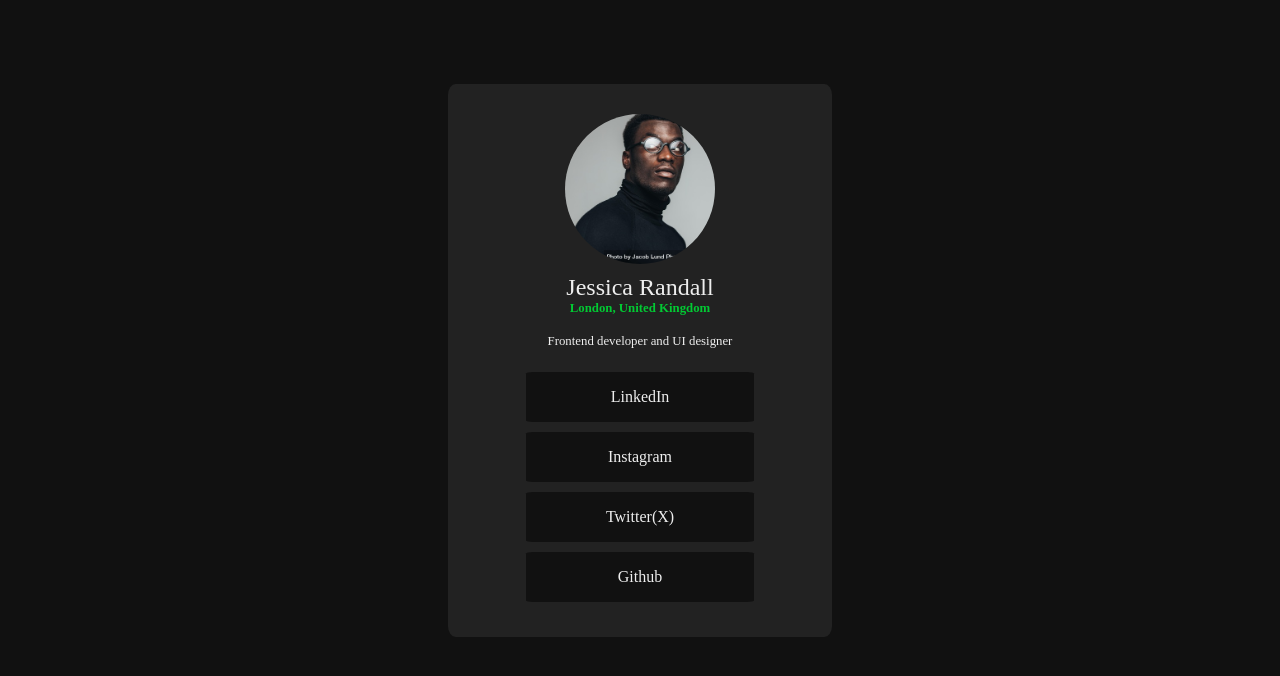
Repository: russel-success/Xcode-TASK-1
Page: index.html
The author's editor kept a copy of each file at every save. The page is drawn from the files as they stood at one save, then again after a run of saves.
The browser window is 1280 px wide. The pictures show the whole page.
The pointer rests on the first visible `.socials`.

Above is the page before, as saved 2024-04-29 01:26:04.

### index.html
<!DOCTYPE html>
<html lang="en">
<head>
    <meta charset="UTF-8">
    <meta name="viewport" content="width=device-width, initial-scale=1.0">
    <title>Profile Card</title>
    <link rel="stylesheet" href="styles/styles.css">
</head>
<body>
    <div class="container">
        <div class="profile-container flex">
           <img src="assets/np_Man staring away on gray background_0VPZY4_free.jpg" alt="" class="profile-image">
            <h1>Jessica Randall</h1>
            <h2>London, United Kingdom</h2><br>
            <p>Frontend developer and UI designer</p><br>
            <div class="socials">
                <text>LinkedIn</text>
            </div>
            <div class="socials">
                <text>Instagram</text>
            </div>
            <div class="socials">
                <text>Twitter(X)</text>
            </div>
            <div class="socials">
                <text>Github</text>
            </div>
        </div>
    </div>
</body>
</html>

### styles/styles.css
*{
    padding:0;
    margin:0;
}
.container{
    width:100%;
    height:100vh;
    background-color:#111;
    display:flex;
    align-items:center;
    justify-content: center;
}
.profile-container{
    background-color:#222;
    width:30%;
    background-size: contain;
    box-sizing:border-box;
    display:flex;
    flex-direction: column;
    align-items:center;
    justify-content: center;
    padding: 30px 50px;
    border-radius:2%;
}
.profile-image{
    object-fit:cover;
    width:150px;
    height:150px;
    border-radius:50%;
    margin-bottom:10px;
}
h1{
    color:#eee;
    font-family:poppins;
    font-weight:400;
    font-size:1.5rem;
}
h2{
    color:#02c933;
    font-family:poppins;
    font-size:0.8rem;
    font-weight:600;
}
p{
    font-size:0.8rem;
    color:#eee;
    font-family:poppins;
    font-weight:300;
}
.socials{
    width:80%;
    height:50px;
    background:#111;
    margin:5px 0;
    text-align:center;
    align-content: center;
    color:#eee;
    font-family: poppins;
    font-weight:100;
    border-radius: 3%;
}
.socials:hover{
    background:
}

After the next 2 saves:
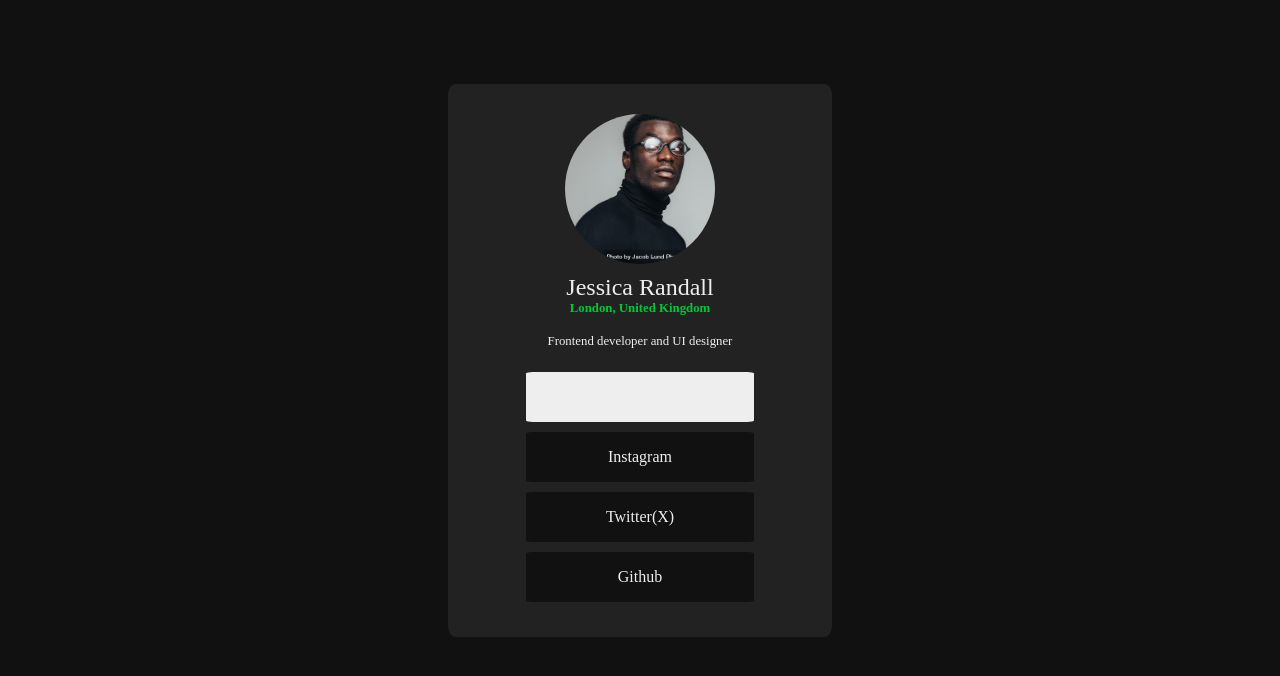
The 2 saves are shown as one change because they came seconds apart.
The last was saved 10 s later.
--- a/styles/styles.css
+++ b/styles/styles.css
@@ -60,5 +60,6 @@
     border-radius: 3%;
 }
 .socials:hover{
-    background:
+    background:#eee;
+    color:#
 }
